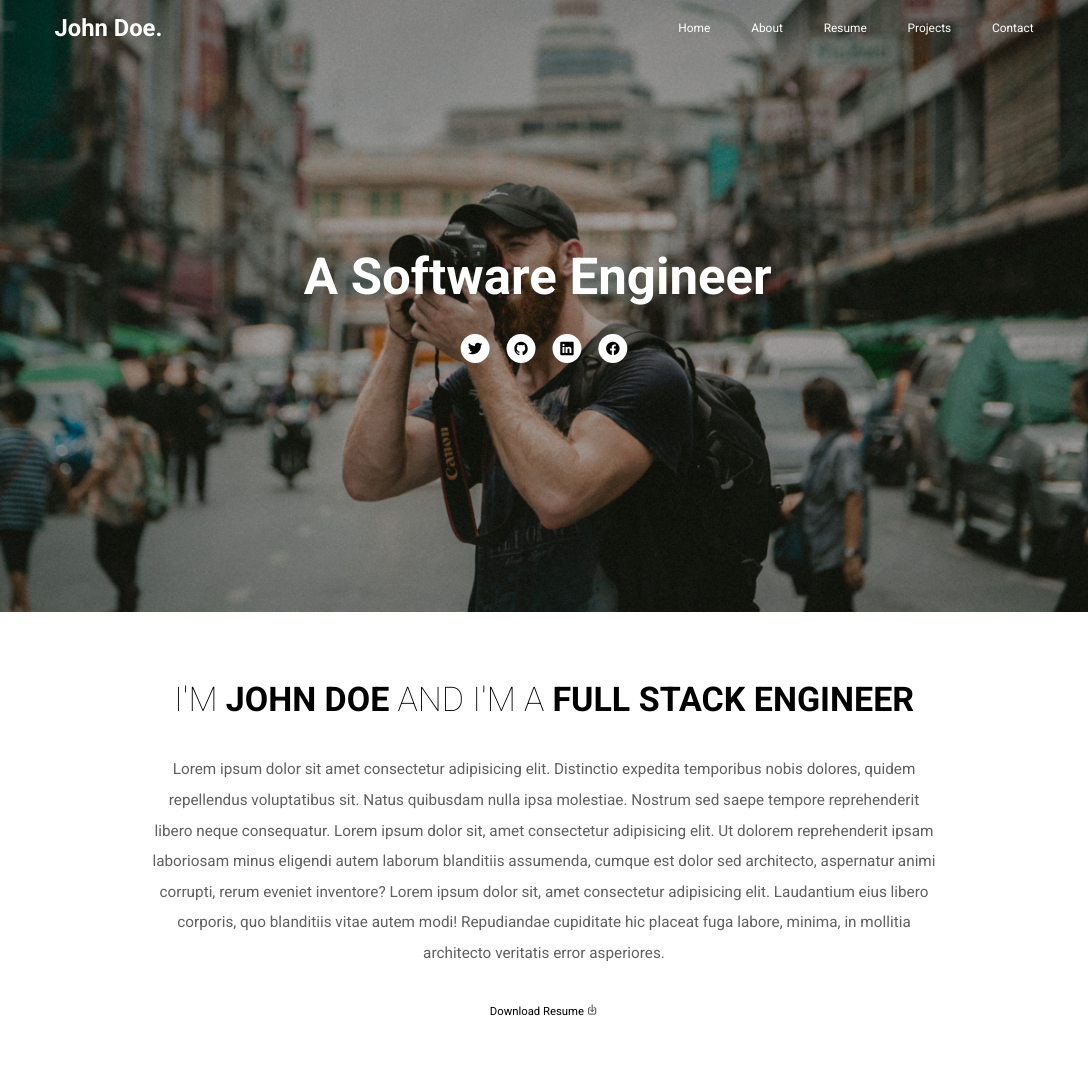
Repository: DevAntonioRogers/portfolio-tutorial
Page: index.html
The author's editor kept a copy of each file at every save. The page is drawn from the files as they stood at one save, then again after the next save.
The browser window is 1280 px wide. The pictures show the whole page, at 85% of full size.
Backgrounds fixed to the window are drawn as part of the page.

Above is the page before, as saved 2023-10-31 23:28:41.

### index.html
<!DOCTYPE html>
<html lang="en">
  <head>
    <meta charset="UTF-8" />
    <meta
      name="viewport"
      content="width=device-width, initial-scale=1.0"
    />
    <script src="https://unpkg.com/typed.js@2.0.16/dist/typed.umd.js"></script>
    <script
      type="module"
      src="https://unpkg.com/ionicons@7.1.0/dist/ionicons/ionicons.esm.js"
    ></script>
    <script
      nomodule
      src="https://unpkg.com/ionicons@7.1.0/dist/ionicons/ionicons.js"
    ></script>
    <link rel="stylesheet" href="./styles/main.css" />
    <title>John Doe Portfolio</title>
  </head>
  <body>
    <!-------- NAVBAR --------->
    <header>
      <nav role="navigation" aria-label="Navigation">
        <div class="container navbar">
          <h1>John Doe.</h1>

          <ul class="nav-menu">
            <li><a href="#home">Home</a></li>
            <li><a href="#about">About</a></li>
            <li><a href="#resume">Resume</a></li>
            <li><a href="#projects">Projects</a></li>
            <li><a href="#contact">Contact</a></li>
          </ul>

          <button
            aria-label="Toggle Mobile Menu"
            class="hamburger"
          >
            <span class="bar"></span>
            <span class="bar"></span>
            <span class="bar"></span>
          </button>
        </div>
      </nav>
    </header>

    <main>
      <!--HERO SECTION -->
      <section id="home" class="hero">
        <div class="hero-overlay"></div>
        <div class="container hero-content">
          <div class="hero-text">
            <h2 id="typed-text"></h2>
          </div>

          <div
            class="hero-socials"
            aria-label="Social Media Links"
          >
            <a href="#" aria-label="Twitter Link"
              ><ion-icon name="logo-twitter"></ion-icon
            ></a>
            <a href="#" aria-label="Github Link"
              ><ion-icon name="logo-github"></ion-icon
            ></a>
            <a href="#" aria-label="LinkedIn Link"
              ><ion-icon name="logo-linkedin"></ion-icon
            ></a>
            <a href="#" aria-label="Facebook Link"
              ><ion-icon name="logo-facebook"></ion-icon
            ></a>
          </div>
        </div>
      </section>

      <!--ABOUT SECTION-->
      <section class="about" id="about">
        <div class="container">
          <h1>
            I'm <strong>John Doe</strong> and I'm a
            <strong>full stack engineer</strong>
          </h1>

          <div class="about-info">
            <p>
              Lorem ipsum dolor sit amet consectetur
              adipisicing elit. Distinctio expedita
              temporibus nobis dolores, quidem repellendus
              voluptatibus sit. Natus quibusdam nulla ipsa
              molestiae. Nostrum sed saepe tempore
              reprehenderit libero neque consequatur. Lorem
              ipsum dolor sit, amet consectetur adipisicing
              elit. Ut dolorem reprehenderit ipsam
              laboriosam minus eligendi autem laborum
              blanditiis assumenda, cumque est dolor sed
              architecto, aspernatur animi corrupti, rerum
              eveniet inventore? Lorem ipsum dolor sit, amet
              consectetur adipisicing elit. Laudantium eius
              libero corporis, quo blanditiis vitae autem
              modi! Repudiandae cupiditate hic placeat fuga
              labore, minima, in mollitia architecto
              veritatis error asperiores.
            </p>
          </div>

          <button
            class="about-button"
            aria-label="Download Resume Button"
          >
            Download Resume
            <ion-icon
              name="download-outline"
              aria-hidden="true"
            ></ion-icon>
          </button>
        </div>
      </section>
    </main>

    <script src="./app.js"></script>
  </body>
</html>

### styles/main.css
@import url("https://fonts.googleapis.com/css2?family=Roboto:wght@100;400;500;700&display=swap");
@import url(./navbar.css);
@import url(./hero.css);
@import url(./about.css);

* {
  box-sizing: border-box;
  padding: 0;
  margin: 0;
  font-family: "Roboto", sans-serif;
}

html {
  scroll-behavior: smooth;
}

li {
  list-style: none;
}

a {
  text-decoration: none;
  color: inherit;
}

button {
  outline: none;
  border: none;
  background: inherit;
}

.container {
  width: 90%;
  margin: 0 auto;
  max-width: 1400px;
  height: 100%;
}

article {
  padding: 20px 0;
  display: flex;
  flex-direction: column;
  gap: 10px;
  border: solid 1px #dad9d9;
}

### app.js
//NAVBAR

const hamburger = document.querySelector('.hamburger')
const navMenu = document.querySelector('.nav-menu')
const body = document.querySelector('body')
const navLinks = navMenu.querySelectorAll('li');

hamburger.addEventListener('click', () => {
  hamburger.classList.toggle('active')
  navMenu.classList.toggle('active')
  body.classList.toggle("no-scroll")
})

function closeMenu() {
  hamburger.classList.remove('active')
  navMenu.classList.remove('active')
  body.classList.remove("no-scroll")
}

navLinks.forEach((link) => {
  link.addEventListener('click', closeMenu)
})

//TYPING DELETING TEXT
function initTypedText() {
  const options = {
    strings: [
      "Hello, I'm John Doe",
      "A Software Engineer",
      "From New York",
    ],
    typeSpeed: 50,
    backSpeed: 30,
    backDelay: 1000,
    startDelay: 500,
    loop: true,
  }
  const typed = new Typed("#typed-text", options)
}

initTypedText()

### styles/navbar.css
nav {
  background-color: transparent;
  position: fixed;
  width: 100%;
  z-index: 999;
  top: 0;
  left: 0;
  padding: 1rem 0;
}

.navbar {
  display: flex;
  justify-content: space-between;
  align-items: center;
}

.navbar h1 {
  color: white;
  font-size: 28px;
}

.nav-menu {
  display: flex;
  gap: 3rem;
  align-items: center;
}

.nav-menu li {
  font-size: 14px;
  color: white;
}

.bar {
  background-color: white;
  display: block;
  width: 23px;
  height: 2px;
  margin: 5px auto;
  transition: all 0.3s ease-in-out;
}

.hamburger {
  display: none;
  z-index: 999;
}

@media only screen and (max-width: 768px) {
  .hamburger {
    display: block;
  }

  .nav-menu {
    position: fixed;
    top: 0;
    right: 0;
    width: 100%;
    height: 100%;
    flex-direction: column;
    align-items: center;
    background-color: black;
    padding: 20px 0;
    z-index: 10;
    transition: 0.3s ease-in-out;
    gap: 5rem;
    padding-top: 6rem;
    left: -100%;
  }

  .nav-menu.active {
    left: 0;
  }

  .hamburger.active .bar:nth-child(2) {
    opacity: 0;
  }

  .hamburger.active .bar:nth-child(1) {
    transform: translateY(8px) rotate(45deg);
  }

  .hamburger.active .bar:nth-child(3) {
    transform: translatey(-6px) rotate(-45deg);
  }
}

### styles/hero.css
.hero {
  position: relative;
  height: 100vh;
  background: url(/assets/hero.jpg);
  background-size: cover;
  z-index: 1;
  background-attachment: fixed;
}

.hero-overlay {
  position: absolute;
  width: 100%;
  height: 100%;
  background-color: #0000005e;
  top: 0;
  left: 0;
  z-index: 1;
}

.hero-content {
  display: flex;
  gap: 2rem;
  flex-direction: column;
  align-items: center;
  justify-content: center;
  position: relative;
  z-index: 2;
  color: white;
}

.hero-socials {
  display: flex;
  align-items: center;
  gap: 20px;
}

.hero-socials ion-icon {
  background-color: white;
  color: black;
  padding: 8px;
  border-radius: 100%;
  font-size: 18px;
}

.hero-text {
  display: flex;
}

.hero-content h2 {
  font-size: 60px;
}

.typed-cursor {
  font-size: 60px;
  opacity: 1;
}

@media only screen and (max-width: 650px) {
  .hero-content h2 {
    font-size: 30px;
  }

  .typed-cursor {
    font-size: 30px;
    opacity: 1;
  }
}

### styles/about.css
.about {
  padding: 5rem 0;
  text-align: center;
}

.about-info {
  display: flex;
  gap: 20px;
  margin: 40px 0;
}

.about h1 {
  font-weight: 100;
  font-size: 40px;
  text-transform: uppercase;
}

.about p {
  font-size: 18px;
  color: rgb(97, 95, 95);
  line-height: 2;
  max-width: 80%;
  margin: 0 auto;
}

After the next save:
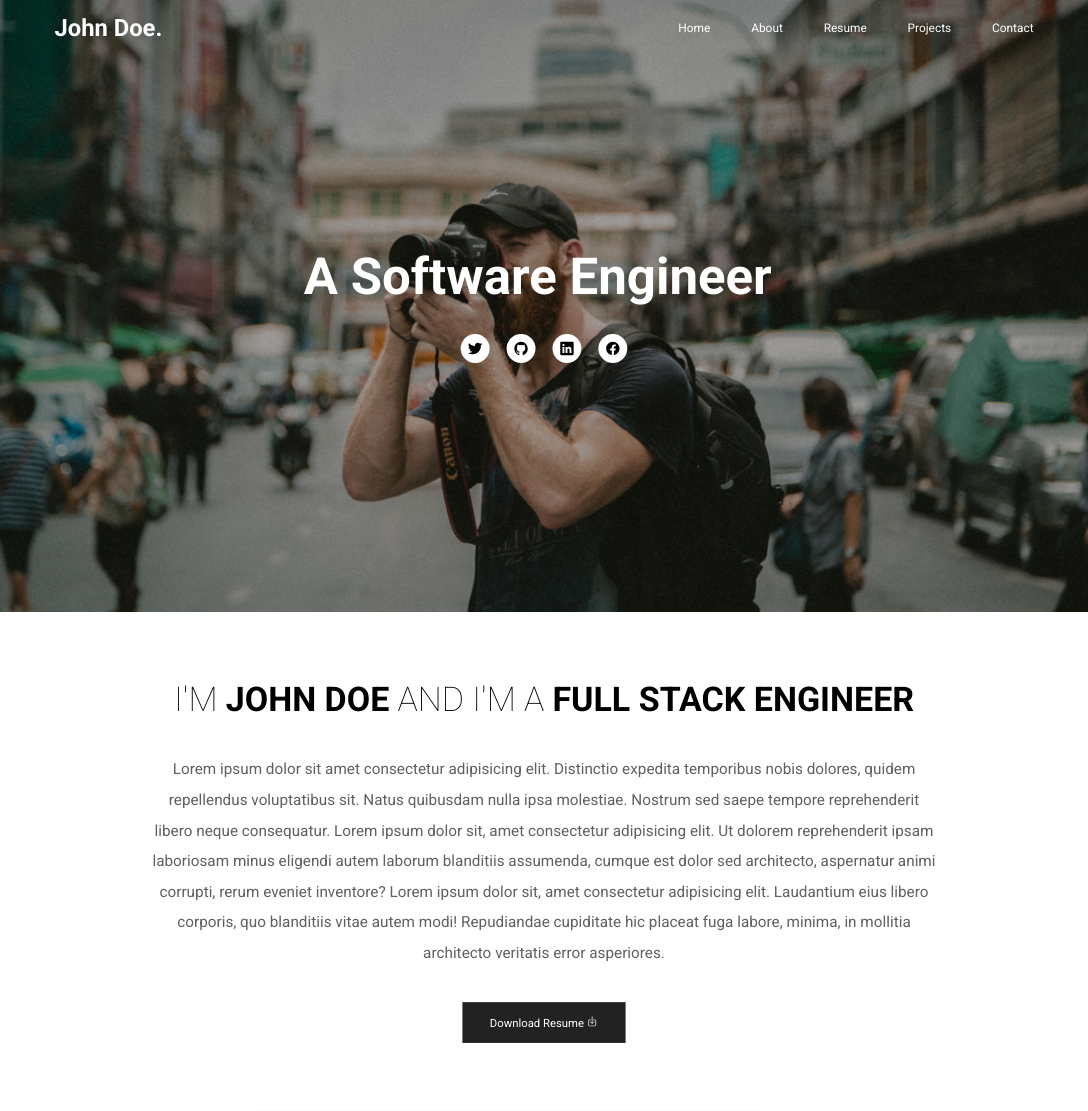
Saved 38 s later.
--- a/styles/about.css
+++ b/styles/about.css
@@ -22,3 +22,10 @@
   max-width: 80%;
   margin: 0 auto;
 }
+
+.about-button {
+  padding: 1rem 2rem;
+  background: #222;
+  color: white;
+  border: none;
+}
